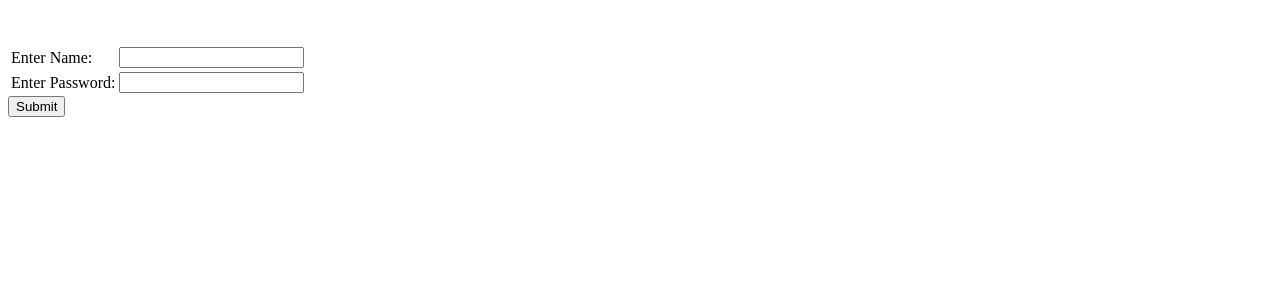
Repository: anshudabar/lab-assessment-3
Page: http://localhost/TraineeManagementApp/LoginPage.jsp
The author's editor kept a copy of each file at every save. The page is drawn from the files as they stood at one save, then again after the next save.
The browser window is 1280 px wide. The pictures show the whole page.
The page is served by Tomcat 9.

Above is the page before, as saved 2021-03-04 12:16:22.

After the next save:
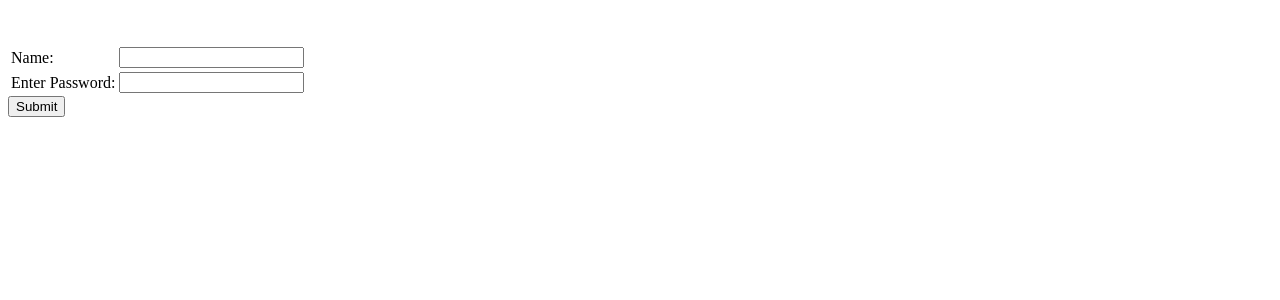
Saved 21 s later.
--- a/TraineeManagementApp/WebContent/LoginPage.jsp
+++ b/TraineeManagementApp/WebContent/LoginPage.jsp
@@ -13,11 +13,11 @@
 	<br>
 
 	<div>
-		<form id="login-form" action="Login" method="POST"
+		<form id="login-form" action="logincontroller" method="POST"
 			onsubmit="return validateForm()">
 			<table>
 				<tr>
-					<td>Enter Name:</td>
+					<td>Name:</td>
 					<td><input type="text" name="username" /></td>
 				</tr>
 
